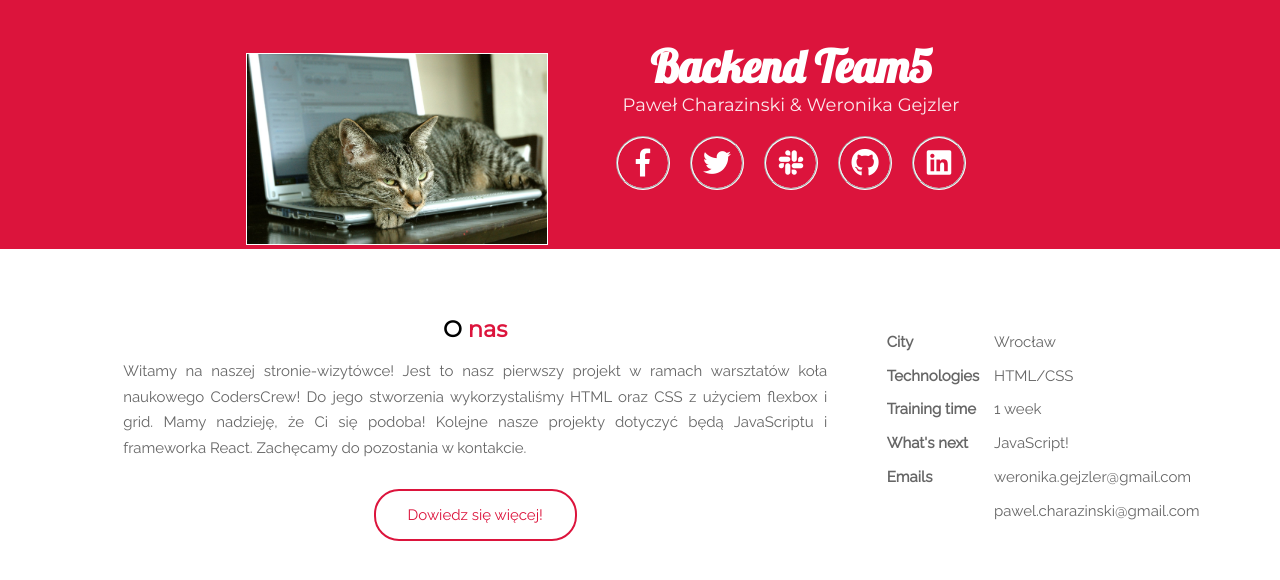
Repository: pietruszka/cc_proj1
Page: index.html
These files come from the project's save history. The page is drawn as it stood at one moment and after a run of saves; the edit follows.
The browser window is 1280 px wide. The pictures show the whole page.
Some web libraries are served in a nearby version.

Above is the page before, as saved 2018-11-18 21:00:33.

After the next 2 saves:
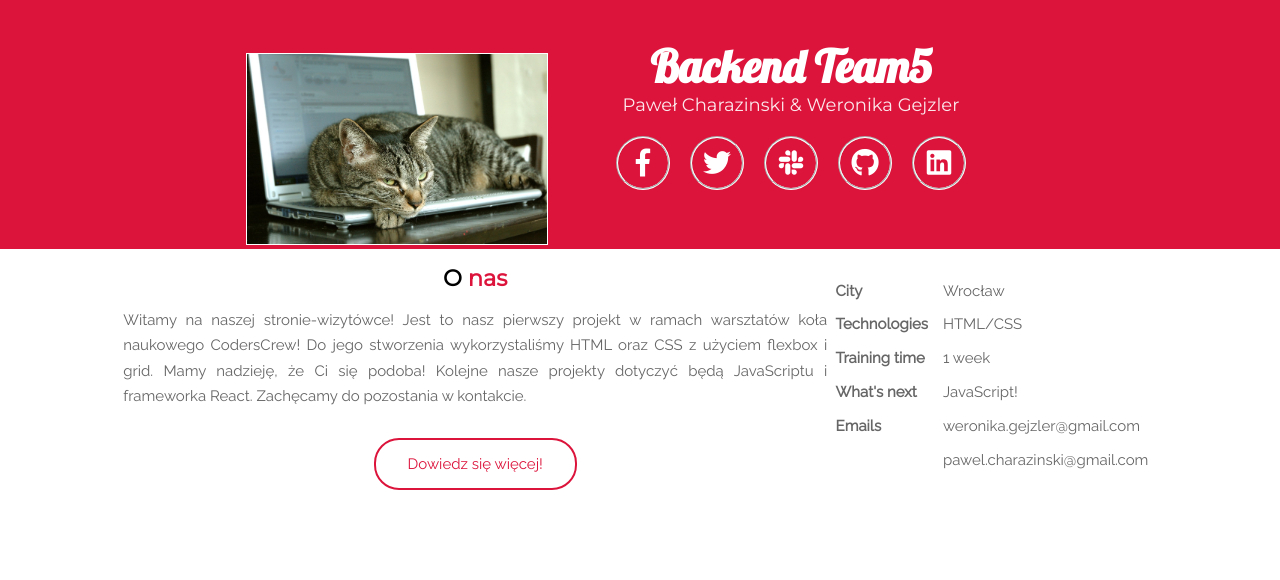
The 2 saves are shown as one change because they came seconds apart.
The last was saved 6 s later.
--- a/style.css
+++ b/style.css
@@ -114,7 +114,7 @@ height: auto;
 
 }
 #about{
-   margin: 4vw;
+   margin: 0 ;
    width: 55vw;
    text-align: center;
 }
